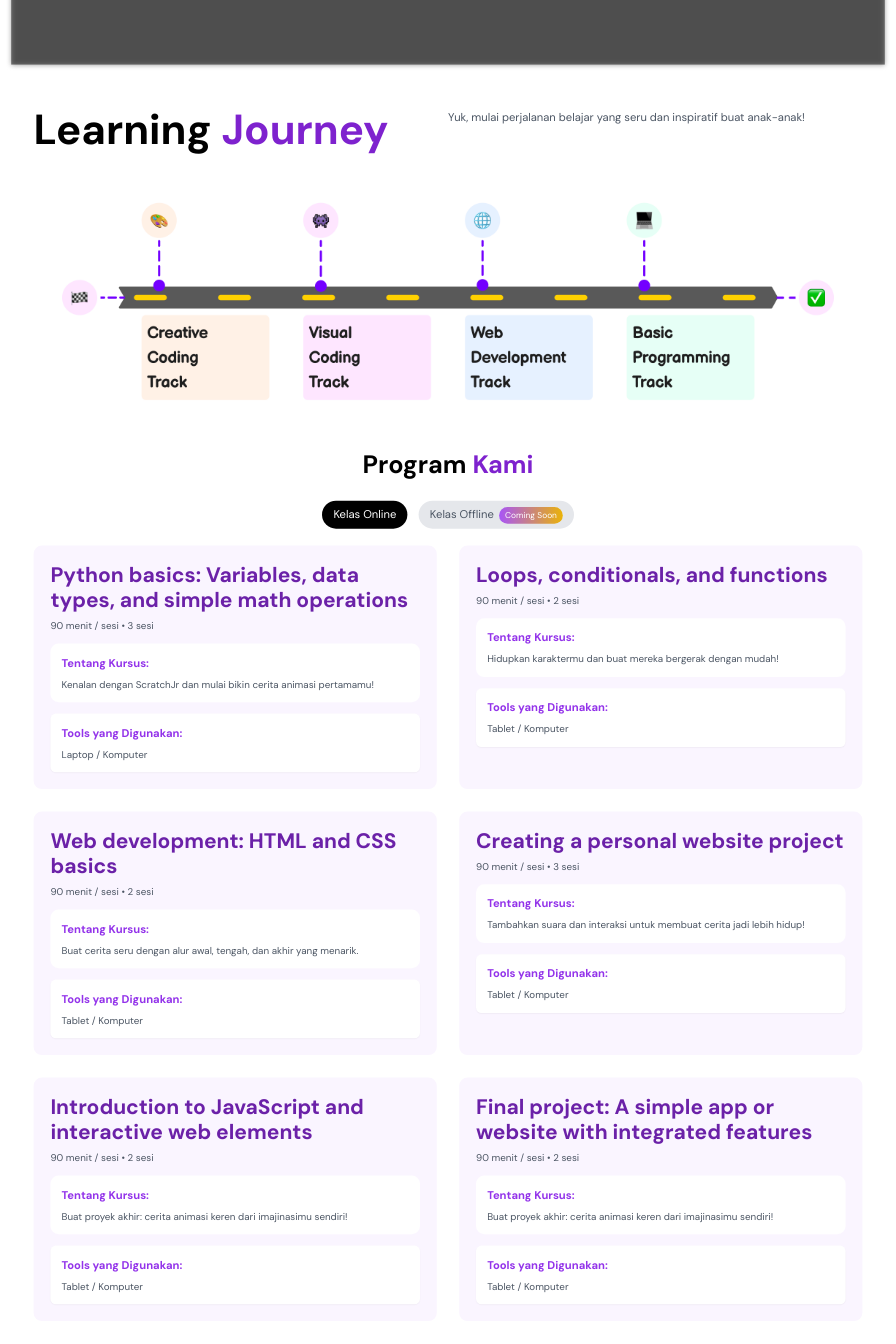
Repository: paskasiregar/ttccomweb
Page: /track/basic-programming
The author's editor kept a copy of each file at every save. The page is drawn from the files as they stood at one save, then again after the next save.
The browser window is 1280 px wide. The pictures show the part of the page from y = 1435 to 3355 px (the page is 3355 px tall), at 70% of full size.
Pictures or frames that could not be fetched are drawn as grey boxes. The project was rebuilt for these pictures with package versions that can differ from the ones it lists, and the page was loaded fresh each time. The framework's server and built-in components were replaced by stand-ins that run in the browser. Also part of the build but not shown: next.config.js, next.config.mjs.

Above is the page before, as saved 2024-11-17 00:05:54.

### src/app/layout.js
import "./globals.css";
import { DM_Sans } from "next/font/google";

const dmSans = DM_Sans({
  subsets: ["latin"],
  weight: ["400", "500", "700"], // Include only the weights you need
  variable: "--font-dm-sans", // Optional: CSS variable for global use
});

export const metadata = {
  title: "Tiny Tech Club",
  description: "Small techies, big dreams 🚀",
};

export default function RootLayout({ children }) {
  return (
    <html lang="en" className={dmSans.variable}>
      <body className="antialiased">{children}</body>
    </html>
  );
}

### src/app/template.js
import React from "react";

export default function TrackTemplate({ title, description, children }) {
  return (
    <div>
      {/* Hero Section */}
      <div className="relative h-screen w-full">
        <img
          src="https://images.unsplash.com/photo-1494783367193-149034c05e8f"
          alt="Background"
          className="absolute inset-0 w-full h-full object-cover filter blur-sm"
        />
        <div className="absolute inset-0 bg-black bg-opacity-50"></div>
        <div className="absolute inset-0 flex flex-col items-center justify-center">
          <h1 className="text-4xl text-white font-bold">{title}</h1>
          <p className="text-xl text-white mt-4">{description}</p>
        </div>
      </div>

      {/* Content Section */}
      <div className="max-w-7xl mx-auto px-4 py-8">{children}</div>
    </div>
  );
}

### src/app/track/[track]/page.js
"use client";
import { useParams } from "next/navigation";
import TrackTemplate from "../[track]";
import Image from "next/image";
import ljImage from "@/assets/lj.png";
import ProgramTabs from "@/components/programTabs";

export default function TrackPage() {
  const { track } = useParams();

  const trackDetails = {
    "creative-coding": {
      title: "Creative Coding Track",
      description:
        "Kenalkan coding ke anak-anak dengan aktivitas seru dan edukatif. Cocok banget buat usia 4-5 tahun untuk membangun kemampuan berpikir logis.",
      backgroundImage:
        "https://images.unsplash.com/photo-1544717305-2782549b5136", // Replace with a relevant Creative Coding image
    },
    "visual-coding": {
      title: "Visual Coding Track",
      description:
        "Belajar konsep pemrograman visual pakai ScratchJr. Cocok buat anak usia 6-7 tahun untuk bikin cerita dan proyek seru sambil belajar coding dasar.",
      backgroundImage:
        "https://images.unsplash.com/photo-1573164574393-b9b12c3ff9c6", // Replace with a relevant Visual Coding image
    },
    "web-development": {
      title: "Web Development Track",
      description:
        "Belajar dasar-dasar pengembangan web dengan HTML, CSS, dan JavaScript. Cocok untuk usia 8-12 tahun untuk membuat proyek web mini yang menarik.",
      backgroundImage:
        "https://images.unsplash.com/photo-1522071820081-009f0129c71c", // Replace with a relevant Web Development image
    },
    "basic-programming": {
      title: "Basic Programming Track",
      description:
        "Pelajari konsep pemrograman inti dengan Python dan JavaScript. Dirancang untuk usia 13-16 tahun untuk membangun aplikasi dunia nyata dan kemampuan pemecahan masalah.",
      backgroundImage:
        "https://images.unsplash.com/photo-1517433456452-f9633a875f6f", // Replace with a relevant Basic Programming image
    },
  };

  const trackCards = {
    "creative-coding": [
      {
        title: "Introduction to Coding Concepts Through Play",
        duration: "30 menit",
        sessions: "2 sesi",
        description:
          "Siswa akan diperkenalkan dengan konsep dasar pemrograman melalui permainan interaktif yang seru dan edukatif. Aktivitas ini membantu membangun fondasi logika pemrograman sejak dini.",
        tools: "iPad / Tab",
      },
      {
        title: "Learning Directional Commands with Bee-Bots",
        duration: "30 menit",
        sessions: "2 sesi",
        description:
          "Siswa akan belajar mengontrol arah dan logika sederhana menggunakan Bee-Bots. Aktivitas ini mengasah kemampuan berpikir logis dan keterampilan pemecahan masalah.",
        tools: "iPad / Tab, Komputer",
      },
      {
        title: "Pattern recognition and sequencing",
        duration: "30 menit",
        sessions: "2 sesi",
        description:
          "Siswa akan mempelajari cara mengenali pola dan urutan logis melalui tugas-tugas menarik. Aktivitas ini meningkatkan kemampuan observasi dan pengelompokan pola.",
        tools: "iPad / Tab, Komputer",
      },
      {
        title: "Simple coding games and collaborative tasks",
        duration: "30 menit",
        sessions: "2 sesi",
        description:
          "Siswa akan bermain game coding sederhana dan menyelesaikan tugas kolaboratif untuk memahami dasar-dasar pemrograman sambil bekerja sama dalam tim.",
        tools: "iPad / Tab, Komputer",
      },
    ],
    "visual-coding": [
      {
        title: "Introduction to ScratchJr and navigating the interface",
        duration: "45 menit",
        sessions: "2 sesi",
        description:
          "Kenalan dengan ScratchJr dan mulai bikin cerita animasi pertamamu!",
        tools: "Laptop / Komputer",
      },
      {
        title: "Building characters and creating movements",
        duration: "45 menit",
        sessions: "2 sesi",
        description:
          "Hidupkan karaktermu dan buat mereka bergerak dengan mudah!",
        tools: "Tablet / Komputer",
      },
      {
        title:
          "Storytelling with coding, creating a beginning, middle, and end",
        duration: "45 menit",
        sessions: "2 sesi",
        description:
          "Buat cerita seru dengan alur awal, tengah, dan akhir yang menarik.",
        tools: "Tablet / Komputer",
      },
      {
        title: "Adding sounds and interactivity",
        duration: "45 menit",
        sessions: "2 sesi",
        description:
          "Tambahkan suara dan interaksi untuk membuat cerita jadi lebih hidup!",
        tools: "Tablet / Komputer",
      },
      {
        title: "Final project: Designing an animated story",
        duration: "45 menit",
        sessions: "2 sesi",
        description:
          "Buat proyek akhir: cerita animasi keren dari imajinasimu sendiri!",
        tools: "Tablet / Komputer",
      },
    ],
    "web-development": [
      {
        title: "Introduction to Scratch: Motion, looks, and sounds",
        duration: "60 menit",
        sessions: "3 sesi",
        description:
          "Kenalan dengan ScratchJr dan mulai bikin cerita animasi pertamamu!",
        tools: "Laptop / Komputer",
      },
      {
        title: "Control blocks and loops",
        duration: "60 menit",
        sessions: "2 sesi",
        description:
          "Hidupkan karaktermu dan buat mereka bergerak dengan mudah!",
        tools: "Tablet / Komputer",
      },
      {
        title: "Robotics with Ozobot: Coding paths and commands",
        duration: "60 menit",
        sessions: "3 sesi",
        description:
          "Buat cerita seru dengan alur awal, tengah, dan akhir yang menarik.",
        tools: "Tablet / Komputer",
      },
      {
        title: "Building interactive games with Scratch",
        duration: "60 menit",
        sessions: "2 sesi",
        description:
          "Tambahkan suara dan interaksi untuk membuat cerita jadi lebih hidup!",
        tools: "Tablet / Komputer",
      },
      {
        title: "Capstone project: A collaborative coding challenge",
        duration: "60 menit",
        sessions: "2 sesi",
        description:
          "Buat proyek akhir: cerita animasi keren dari imajinasimu sendiri!",
        tools: "Tablet / Komputer",
      },
    ],
    "basic-programming": [
      {
        title:
          "Python basics: Variables, data types, and simple math operations",
        duration: "90 menit",
        sessions: "3 sesi",
        description:
          "Kenalan dengan ScratchJr dan mulai bikin cerita animasi pertamamu!",
        tools: "Laptop / Komputer",
      },
      {
        title: "Loops, conditionals, and functions",
        duration: "90 menit",
        sessions: "2 sesi",
        description:
          "Hidupkan karaktermu dan buat mereka bergerak dengan mudah!",
        tools: "Tablet / Komputer",
      },
      {
        title: "Web development: HTML and CSS basics",
        duration: "90 menit",
        sessions: "2 sesi",
        description:
          "Buat cerita seru dengan alur awal, tengah, dan akhir yang menarik.",
        tools: "Tablet / Komputer",
      },
      {
        title: "Creating a personal website project",
        duration: "90 menit",
        sessions: "3 sesi",
        description:
          "Tambahkan suara dan interaksi untuk membuat cerita jadi lebih hidup!",
        tools: "Tablet / Komputer",
      },
      {
        title: "Introduction to JavaScript and interactive web elements",
        duration: "90 menit",
        sessions: "2 sesi",
        description:
          "Buat proyek akhir: cerita animasi keren dari imajinasimu sendiri!",
        tools: "Tablet / Komputer",
      },
      {
        title:
          "Final project: A simple app or website with integrated features",
        duration: "90 menit",
        sessions: "2 sesi",
        description:
          "Buat proyek akhir: cerita animasi keren dari imajinasimu sendiri!",
        tools: "Tablet / Komputer",
      },
    ],
  };

  const trackData = trackDetails[track] || {
    title: "Track Tidak Ditemukan",
    description: "Track yang kamu cari nggak ada nih.",
    backgroundImage:
      "https://images.unsplash.com/photo-1506748686214-e9df14d4d9d0", // Default image for not found
  };

  const cards = trackCards[track] || [];

  return (
    <div className="mx-auto">
      {/* Back Button */}
      <div className="my-4 px-4 sm:px-8">
        <button
          className="secondary-button"
          onClick={() => (window.location.href = "/")}
        >
          &lt; Kembali
        </button>
      </div>

      {/* Track Template */}
      <section>
        <TrackTemplate
          title={trackData.title}
          description={trackData.description}
          backgroundImage={trackData.backgroundImage}
        />

        {/* Learning Journey Section */}
        <section className="w-full my-8 px-4 sm:px-8 max-w-container py-20">
          <div>
            <div className="flex flex-col md:flex-row items-center md:items-start md:justify-between">
              <div className="max-w-lg md:w-1/2">
                <h1 className="text-6xl md:text-6xl font-bold mb-8">
                  Learning <span className="text-purple-700">Journey</span>
                </h1>
              </div>
              <div className="mt-6 md:mt-0 md:w-1/2 mb-8">
                <p className="text-gray-600 text-base md:text-md">
                  Yuk, mulai perjalanan belajar yang seru dan inspiratif buat
                  anak-anak!
                </p>
              </div>
            </div>
            <div className="mt-6 md:mt-0 mb-8">
              <Image
                src={ljImage}
                alt="Perjalanan Belajar"
                width={1440}
                height={1000}
                className="rounded-lg"
              />
            </div>
          </div>
        </section>

        {/* Our Program Section */}
        <section className="w-full my-8 px-4 sm:px-8 max-w-container mb-8">
          <h2 className="text-center text-4xl font-bold mb-8">
            Program <span className="text-purple-700">Kami</span>
          </h2>
          <ProgramTabs cards={cards} />
        </section>
      </section>
    </div>
  );
}

### src/app/globals.css
@tailwind base;
@tailwind components;
@tailwind utilities;

@import url('https://fonts.googleapis.com/css2?family=DM+Sans:wght@400;500;700&display=swap');

:root {
  --font-dm-sans: "DM Sans", sans-serif;
}

@font-face {
  font-family: 'DM Sans';
  src: url('/fonts/DM-Sans.woff2') format('woff2'),
    url('/fonts/DM-Sans.woff') format('woff');
  font-weight: 400;
  font-style: normal;
}

body {
  font-family: 'DM Sans', sans-serif;
}

.dm-sans-custom {
  font-family: "DM Sans", sans-serif;
  font-optical-sizing: auto;
  font-weight: 400;
  font-style: normal;
}

body {
  font-family: 'DM Sans', Arial, Helvetica, sans-serif;
  margin: 0;
  padding: 0;
  box-sizing: border-box;
}

*,
*::before,
*::after {
  box-sizing: inherit;
}

/* Container class for centering content */
.max-w-container {
  max-width: 1440px;
  margin: 0 auto;
  padding: 0 16px;
  /* Optional padding for spacing on smaller screens */
}

### src/app/track/[track].js
import React from "react";

export default function TrackTemplate({ title, description, children }) {
  return (
    <div>
      {/* Hero Section */}
      <div className="relative h-screen w-full">
        <img
          src="https://images.unsplash.com/photo-1494783367193-149034c05e8f"
          alt="Background"
          className="absolute inset-0 w-full h-full object-cover filter blur-sm"
        />
        <div className="absolute inset-0 bg-black bg-opacity-50"></div>
        <div className="absolute inset-0 flex flex-col items-center justify-center">
          <h1 className="text-6xl text-white font-bold p-8">{title}</h1>
          <p className="text-xl text-white mt-4 p-8">{description}</p>
        </div>
      </div>

      {/* Content Section */}
      <div className="max-w-7xl mx-auto px-4 py-8">{children}</div>
    </div>
  );
}

### src/components/programTabs.jsx
import React, { useState } from "react";
import ClassCard from "./classCard";

function ProgramTabs({ cards }) {
  const [activeTab, setActiveTab] = useState("online");

  const tabs = [
    { id: "online", label: "Kelas Online" },
    { id: "offline", label: "Kelas Offline" },
  ];

  const handleTabClick = (tabId) => setActiveTab(tabId);

  return (
    <div className="w-full">
      {/* Tabs */}
      <div className="flex justify-center space-x-4 mb-6">
        {tabs.map((tab) => (
          <button
            key={tab.id}
            className={`py-2 px-4 rounded-full ${
              activeTab === tab.id
                ? "bg-black text-white"
                : "bg-gray-200 text-gray-600"
            }`}
            onClick={() => handleTabClick(tab.id)}
            disabled={tab.id === "offline"}
          >
            {tab.label}
            {tab.id === "offline" && (
              <span className="ml-2 bg-gradient-to-r from-purple-500 to-yellow-500 text-white px-2 py-1 text-xs rounded-full">
                Coming Soon
              </span>
            )}
          </button>
        ))}
      </div>

      {/* Tab Content */}
      <div>
        {activeTab === "online" && (
          <div className="grid grid-cols-1 md:grid-cols-2 gap-8">
            {cards.map((card, index) => (
              <ClassCard key={index} {...card} />
            ))}
          </div>
        )}
      </div>
    </div>
  );
}

export default ProgramTabs;

### src/components/classCard.jsx
import React from "react";
import PropTypes from "prop-types";

function ClassCard({ title, duration, sessions, description, tools }) {
  return (
    <div className="bg-purple-50 rounded-xl p-6">
      {/* Title */}
      <h3 className="text-3xl font-bold text-purple-800 mb-2">{title}</h3>

      {/* Duration and Sessions */}
      <p className="text-gray-600 text-sm mb-4">
        {duration} / sesi • {sessions}
      </p>

      {/* Description */}
      <div className="bg-white rounded-xl p-4 mb-4">
        <h4 className="text-purple-600 font-semibold mb-2">Tentang Kursus:</h4>
        <p className="text-gray-600 text-sm">{description}</p>
      </div>

      {/* Tools */}
      <div className="bg-white rounded-lg p-4 shadow-sm">
        <h4 className="text-purple-600 font-semibold mb-2">
          Tools yang Digunakan:
        </h4>
        <p className="text-gray-600 text-sm">{tools}</p>
      </div>
    </div>
  );
}

ClassCard.propTypes = {
  title: PropTypes.string.isRequired,
  duration: PropTypes.string.isRequired,
  sessions: PropTypes.string.isRequired,
  description: PropTypes.string.isRequired,
  tools: PropTypes.string.isRequired,
};

export default ClassCard;

Loaded but not shown: tailwind.config.js (common file)

After the next save:
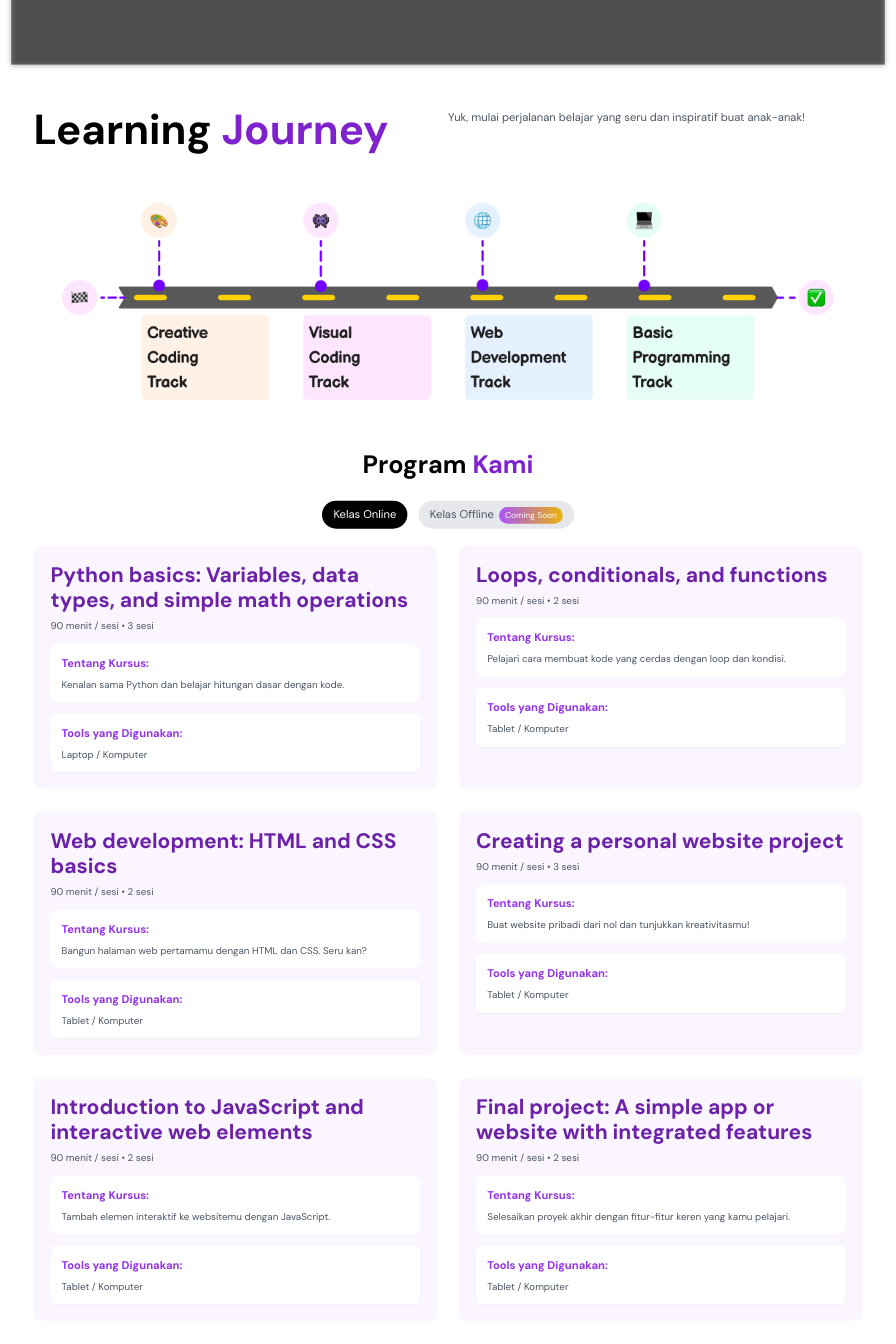
Saved 51 s later.
--- a/src/app/track/[track]/page.js
+++ b/src/app/track/[track]/page.js
@@ -123,7 +123,7 @@ export default function TrackPage() {
         duration: "60 menit",
         sessions: "3 sesi",
         description:
-          "Kenalan dengan ScratchJr dan mulai bikin cerita animasi pertamamu!",
+          "Pelajari dasar-dasar Scratch untuk membuat karakter bergerak dan bersuara.",
         tools: "Laptop / Komputer",
       },
       {
@@ -131,7 +131,7 @@ export default function TrackPage() {
         duration: "60 menit",
         sessions: "2 sesi",
         description:
-          "Hidupkan karaktermu dan buat mereka bergerak dengan mudah!",
+          "Gunakan blok kontrol dan loop untuk menciptakan aksi yang keren!",
         tools: "Tablet / Komputer",
       },
       {
@@ -139,15 +139,14 @@ export default function TrackPage() {
         duration: "60 menit",
         sessions: "3 sesi",
         description:
-          "Buat cerita seru dengan alur awal, tengah, dan akhir yang menarik.",
+          "Program robot Ozobot untuk mengikuti jalur dan perintahmu.",
         tools: "Tablet / Komputer",
       },
       {
         title: "Building interactive games with Scratch",
         duration: "60 menit",
         sessions: "2 sesi",
-        description:
-          "Tambahkan suara dan interaksi untuk membuat cerita jadi lebih hidup!",
+        description: "Buat game interaktif menggunakan Scratch. Seru banget!",
         tools: "Tablet / Komputer",
       },
       {
@@ -155,7 +154,7 @@ export default function TrackPage() {
         duration: "60 menit",
         sessions: "2 sesi",
         description:
-          "Buat proyek akhir: cerita animasi keren dari imajinasimu sendiri!",
+          "Kerjakan tantangan coding bersama teman untuk proyek akhir.",
         tools: "Tablet / Komputer",
       },
     ],
@@ -166,7 +165,7 @@ export default function TrackPage() {
         duration: "90 menit",
         sessions: "3 sesi",
         description:
-          "Kenalan dengan ScratchJr dan mulai bikin cerita animasi pertamamu!",
+          "Kenalan sama Python dan belajar hitungan dasar dengan kode.",
         tools: "Laptop / Komputer",
       },
       {
@@ -174,7 +173,7 @@ export default function TrackPage() {
         duration: "90 menit",
         sessions: "2 sesi",
         description:
-          "Hidupkan karaktermu dan buat mereka bergerak dengan mudah!",
+          "Pelajari cara membuat kode yang cerdas dengan loop dan kondisi.",
         tools: "Tablet / Komputer",
       },
       {
@@ -182,7 +181,7 @@ export default function TrackPage() {
         duration: "90 menit",
         sessions: "2 sesi",
         description:
-          "Buat cerita seru dengan alur awal, tengah, dan akhir yang menarik.",
+          "Bangun halaman web pertamamu dengan HTML dan CSS. Seru kan?",
         tools: "Tablet / Komputer",
       },
       {
@@ -190,15 +189,14 @@ export default function TrackPage() {
         duration: "90 menit",
         sessions: "3 sesi",
         description:
-          "Tambahkan suara dan interaksi untuk membuat cerita jadi lebih hidup!",
+          "Buat website pribadi dari nol dan tunjukkan kreativitasmu!",
         tools: "Tablet / Komputer",
       },
       {
         title: "Introduction to JavaScript and interactive web elements",
         duration: "90 menit",
         sessions: "2 sesi",
-        description:
-          "Buat proyek akhir: cerita animasi keren dari imajinasimu sendiri!",
+        description: "Tambah elemen interaktif ke websitemu dengan JavaScript.",
         tools: "Tablet / Komputer",
       },
       {
@@ -207,7 +205,7 @@ export default function TrackPage() {
         duration: "90 menit",
         sessions: "2 sesi",
         description:
-          "Buat proyek akhir: cerita animasi keren dari imajinasimu sendiri!",
+          "Selesaikan proyek akhir dengan fitur-fitur keren yang kamu pelajari.",
         tools: "Tablet / Komputer",
       },
     ],
